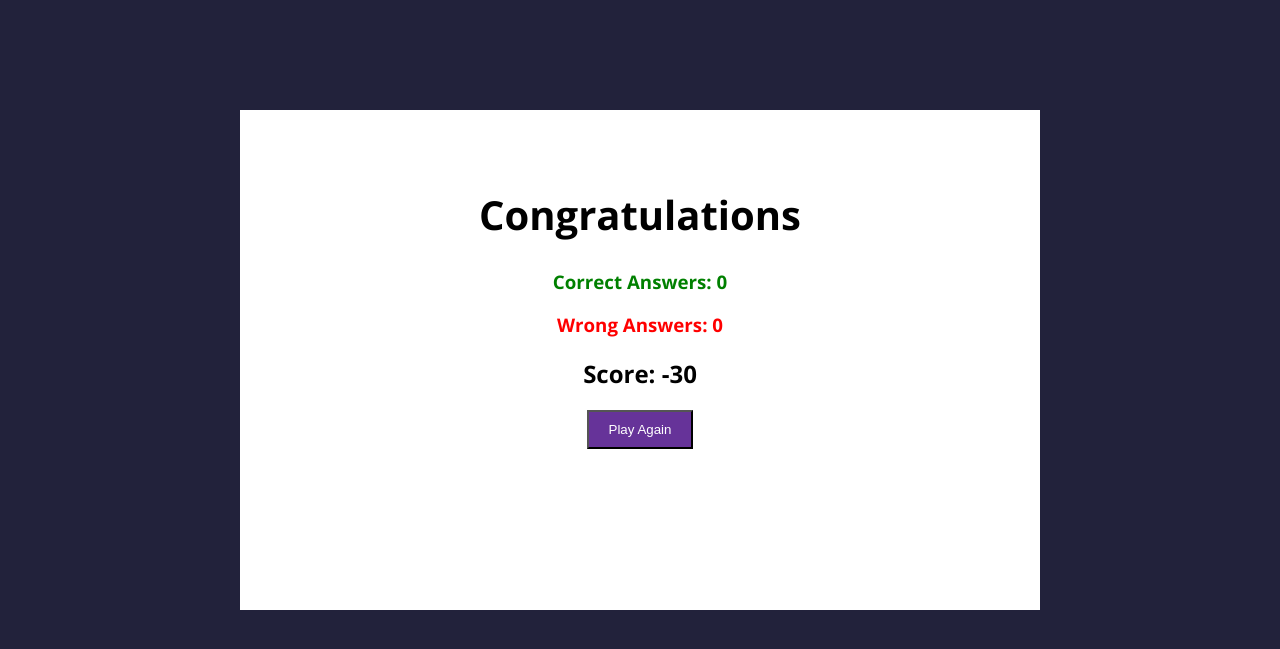
Repository: Wanglongzhi2001/Learn-javascript
Page: quiz/quiz.html
The author's editor kept a copy of each file at every save. The page is drawn from the files as they stood at one save, then again after the next save.
The browser window is 1280 px wide. The pictures show the whole page.

Above is the page before, as saved 2023-02-02 19:47:58.

### quiz/quiz.html
<html lang="en">
<head>
    <meta charset="UTF-8">
    <meta http-equiv="X-UA-Compatible" content="IE=edge">
    <meta name="viewport" content="width=device-width, initial-scale=1.0">
    <!-- 使用谷歌字体 -->
    <link
      href="https://fonts.googleapis.com/css2?family=Open+Sans:wght@300;400;500;600;700;800&display=swap"
      rel="stylesheet"
    />
    <link rel="stylesheet" href="./quiz.css">
    <title>quiz project</title>
</head>
<body>
    <div class="container">
        <div class="game">
            <div class="content">
                <h1 class="question">Which of these fish is actually a fish?</h1>
                <div class="answers">
                    <div class="answer">
                        <input name="answer" type="radio" id="answer1" value="false">
                        <label for="answer1">Answer1</label>
                    </div>
                </div>
                <div class="answers">
                    <div class="answer">
                        <input name="answer" type="radio" id="answer2" value="false">
                        <label for="answer2">Answer2</label>
                    </div>
                </div>
                <div class="answers">
                    <div class="answer">
                        <input name="answer" type="radio" id="answer3" value="false">
                        <label for="answer3">Answer3</label>
                    </div>
                </div>
                <div class="answers">
                    <div class="answer">
                        <input name="answer" type="radio" id="answer4" value="false">
                        <label for="answer4">Answer4</label>
                    </div>
                </div>
            </div>
            <button class="submit">Submit</button>
        </div>
        <div class="result">
            <h1>Congratulations</h1>
            <h3 class="correct">Correct Answers: 0</h3>
            <h3 class="wrong">Wrong Answers: 0</h3>
            <h2 class="score">Score: -30</h2>
            <button class="play">Play Again</button>
        </div>
    </div>
    <script src="./quiz.js"></script>
</body>
</html>

### quiz/quiz.css
body{
    background-color: #22223b;
    display: flex;
    align-items: center;
    justify-content: center;
    font-family: "Open Sans", sans-serif;
}

.container{
    width: 800px;
    height: 500px;
    background-color: white;
    position: relative; /* 调整为相对位置使得提交按钮在contiainer底部而不是页面底部 */
}

.content{
    padding: 50px;
}

/* 调整问题字体大小 */
.question{
    font-size: 40px;
}

.answer{
    font-size: 24px;
    margin-bottom: 20px; /* 控制间距 */
    color:#333; /* 使字不那么黑，柔和一点 */
}
/* 使用绝对位置调整submit按钮位置 */
.submit{
    background-color: rebeccapurple;
    color: white;
    border: none;
    width: 100%;;
    height: 50px;
    cursor: pointer;
    position:absolute;
    bottom: 0;
}

.game{
    display: none;
}

.result{
    /* display: none; */
    padding: 50px;
    text-align: center;
}

.result h1{
    font-size: 40px;
}

.correct{
    color: green;
}

.wrong{
    color: red;
}

.play{
    color: white;
    background-color: rebeccapurple;
    padding: 10px 20px;
}

Loaded but not shown: quiz/quiz.js (no stored copy; drawn as an empty file)

After the next save:
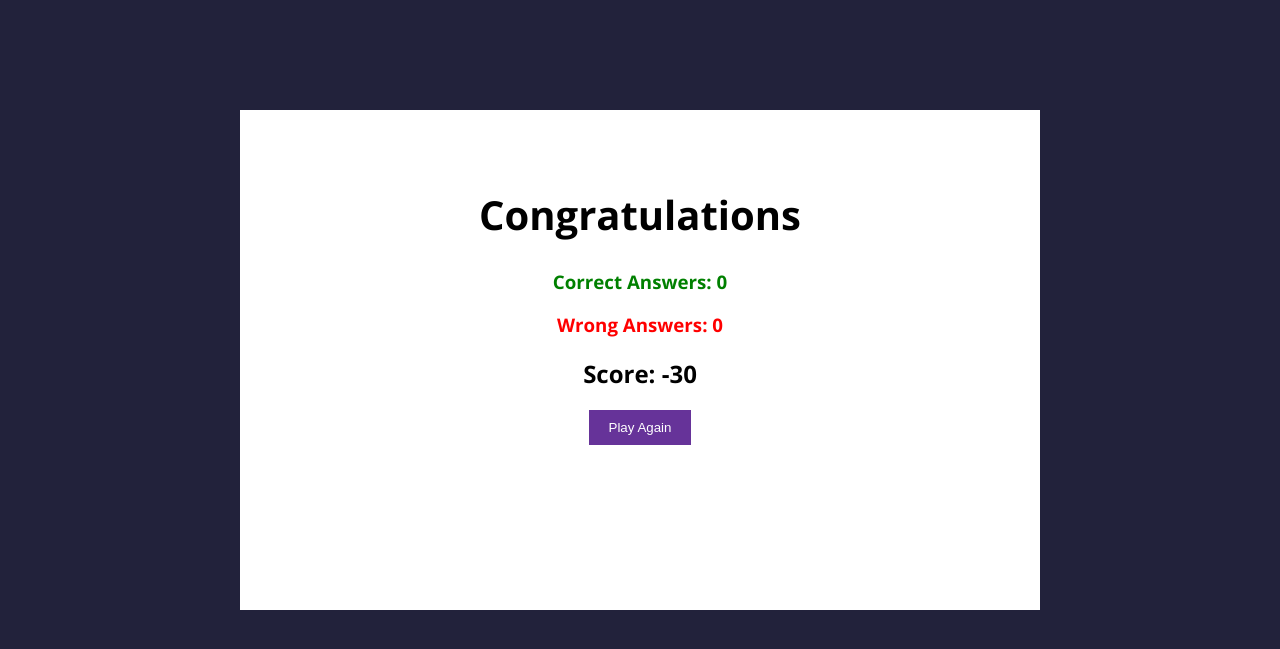
Saved 16 s later.
--- a/quiz/quiz.css
+++ b/quiz/quiz.css
@@ -65,4 +65,6 @@ body{
     color: white;
     background-color: rebeccapurple;
     padding: 10px 20px;
+    cursor: pointer;
+    border: none;
 }
